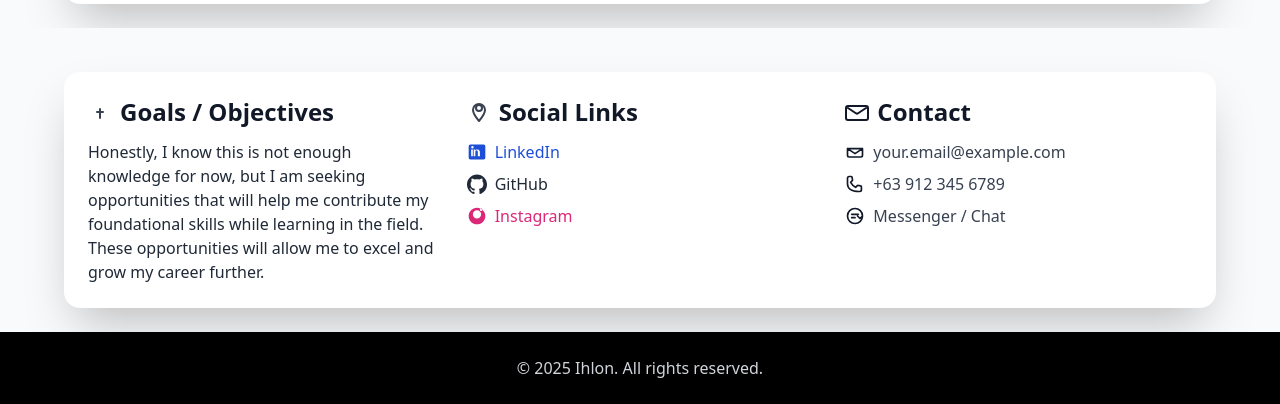
Repository: MeekSharkdev/cv-portfolio
Page: index.html
An editor plug-in stored every save of this project. The page is shown before and after the next save, followed by the edit.
The browser window is 1280 px wide. The pictures show the part of the page from y = 2336 to 2788 px (the page is 2740 px tall before and 2788 px after).
A picture or video elsewhere on the page could not be fetched, so the positions and the page height are approximate.

Above is the page before, as saved 2026-01-31 21:08:11.
Not found: styles.css

After the next save:
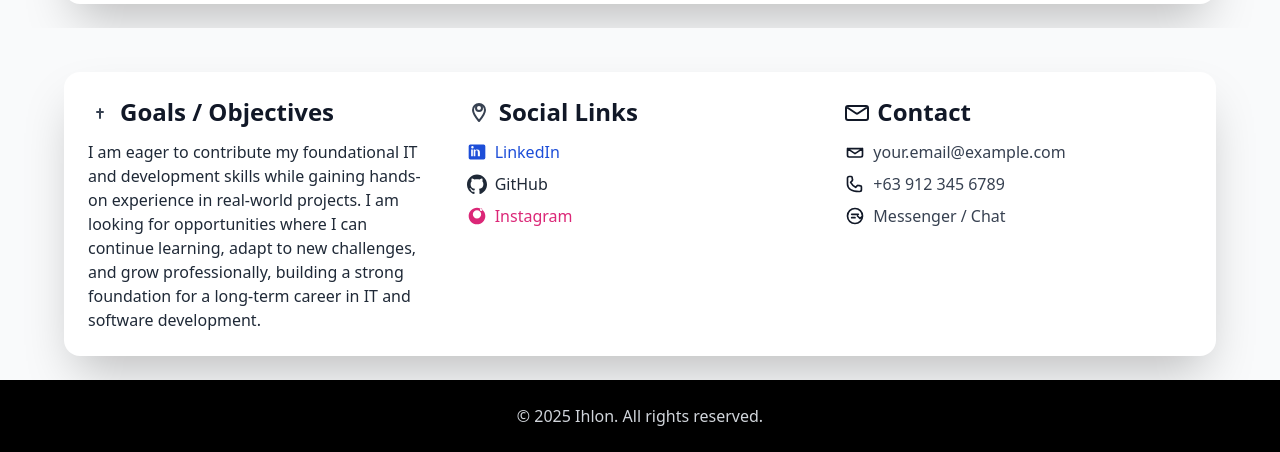
Saved 48 s later.
--- a/index.html
+++ b/index.html
@@ -372,11 +372,12 @@
                     </svg>
                     Goals / Objectives
                 </h2>
-                <p class="text-gray-800">
-                    Honestly, I know this is not enough knowledge for now, but I am seeking opportunities that will help
-                    me contribute my foundational skills while learning in the field. These opportunities will allow me
-                    to excel and grow my career further.
-                </p>
+            <p class="text-gray-800">
+                I am eager to contribute my foundational IT and development skills while gaining hands-on experience in real-world
+                projects. I am looking for opportunities where I can continue learning, adapt to new challenges, and grow
+                professionally, building a strong foundation for a long-term career in IT and software development.
+            </p>
+
             </div>
 
 <!-- Social Links -->
